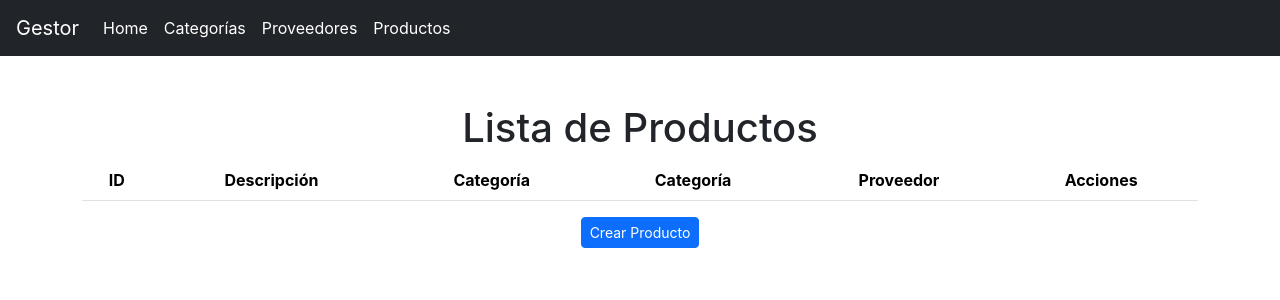
Repository: SantiagoGuaman/gestor-app
Page: /products
An editor plug-in stored every save of this project. The page is shown before and after the next save, followed by the edit.
The browser window is 1280 px wide. The pictures show the whole page.
The page's requests for data from a server got no answer. The project was rebuilt for these pictures with package versions that can differ from the ones it lists, and the page was loaded fresh each time. No one was signed in, and anything a server would have sent is missing. Also part of the build but not shown: src/App.css, src/Categories/GetDataCategories.js, src/Proveedores/GetDataProviders.js, src/HomePage/HomePage.js.

Above is the page before, as saved 2024-02-15 11:24:39.

### public/index.html
<!DOCTYPE html>
<html lang="en">
  <head>
    <meta charset="utf-8" />
    <link rel="icon" href="%PUBLIC_URL%/favicon.ico" />
    <meta name="viewport" content="width=device-width, initial-scale=1" />
    <meta name="theme-color" content="#000000" />
    <meta
      name="description"
      content="Web site created using create-react-app"
    />
    <link rel="apple-touch-icon" href="%PUBLIC_URL%/logo192.png" />
    <!--
      manifest.json provides metadata used when your web app is installed on a
      user's mobile device or desktop. See https://developers.google.com/web/fundamentals/web-app-manifest/
    -->
    <link href="https://cdn.jsdelivr.net/npm/bootstrap@5.3.2/dist/css/bootstrap.min.css" rel="stylesheet" integrity="sha384-T3c6CoIi6uLrA9TneNEoa7RxnatzjcDSCmG1MXxSR1GAsXEV/Dwwykc2MPK8M2HN" crossorigin="anonymous">
    <link rel="manifest" href="%PUBLIC_URL%/manifest.json" />
    <!--
      Notice the use of %PUBLIC_URL% in the tags above.
      It will be replaced with the URL of the `public` folder during the build.
      Only files inside the `public` folder can be referenced from the HTML.

      Unlike "/favicon.ico" or "favicon.ico", "%PUBLIC_URL%/favicon.ico" will
      work correctly both with client-side routing and a non-root public URL.
      Learn how to configure a non-root public URL by running `npm run build`.
    -->
    <title>Gestor APP</title>
  </head>
  <body>
    <noscript>You need to enable JavaScript to run this app.</noscript>
    <div id="root"></div>
    <!--
      This HTML file is a template.
      If you open it directly in the browser, you will see an empty page.

      You can add webfonts, meta tags, or analytics to this file.
      The build step will place the bundled scripts into the <body> tag.

      To begin the development, run `npm start` or `yarn start`.
      To create a production bundle, use `npm run build` or `yarn build`.
    -->
  </body>
  <script src="https://cdn.jsdelivr.net/npm/bootstrap@5.3.2/dist/js/bootstrap.bundle.min.js" integrity="sha384-C6RzsynM9kWDrMNeT87bh95OGNyZPhcTNXj1NW7RuBCsyN/o0jlpcV8Qyq46cDfL" crossorigin="anonymous"></script>
</html>

### src/App.js
import { BrowserRouter, Route, Routes } from 'react-router-dom';
import './App.css';
import GetDataCategories from './Categories/GetDataCategories';
import NavBar from './NavBar/NavBar';
import GetDataProviders from './Proveedores/GetDataProviders';
import HomePage from './HomePage/HomePage';
import GetDataProducts from './Productos/GetDataProducts';

function App() {
  return (
    <BrowserRouter>
      <NavBar />
      <Routes>
        <Route exact path='/' element={<HomePage />} />
        <Route exact path='/categories' element={<GetDataCategories />} />
        <Route exact path='/providers' element={<GetDataProviders />} />
        <Route exact path='/products' element={<GetDataProducts />} />
      </Routes>
    </BrowserRouter>
  );
}

export default App;

### src/NavBar/NavBar.js
import React from 'react'
import { Link } from 'react-router-dom'
import './NavBar.css';

function NavBar() {
    return (
        <nav className="navbar navbar-expand-lg navbar-light bg-dark lg">
            <Link className="navbar-brand ms-3" to="/">Gestor</Link>
            <button className="navbar-toggler" type="button" data-toggle="collapse" data-target="#navbarNav" aria-controls="navbarNav" aria-expanded="false" aria-label="Toggle navigation">
                <span className="navbar-toggler-icon"></span>
            </button>
            <div className="collapse navbar-collapse" id="navbarNav">
                <ul className="navbar-nav" >
                    <li className="nav-item active">
                        <Link className="nav-link" to="/">Home</Link>
                    </li>
                    <li className="nav-item">
                        <Link className="nav-link" to="/categories">Categorías</Link>
                    </li>
                    <li className="nav-item">
                        <Link className="nav-link" to="/providers">Proveedores</Link>
                    </li>
                    <li className="nav-item">
                        <Link className="nav-link" to="/products">Productos</Link>
                    </li>
                </ul>
            </div>
        </nav>
    )
}

export default NavBar

### src/Productos/GetDataProducts.js
import React, { useEffect, useState } from 'react'

function GetDataProducts() {
    const endPoint = 'http://localhost:8080/api/productos';

    const [productos, setProductos] = useState([]);
    const [newProducto, setNewProducto] = useState({
        descripcion: '',
        categoria: '',
        proveedor: ''
    });

    const [editProducto, setEditProducto] = useState({
        descripcion: '',
        categoria: '',
        proveedor: ''
    });

    const [isCreateModalOpen, setCreateModalOpen] = useState(false);

    const fetchData = async () => {
        try {
            const response = await fetch(endPoint);
            if (response.ok) {
                const data = await response.json();
                setProductos(data);
            }
        } catch (error) {
            console.error("Error fetching data:", error);
        }
    };

    const handleCreate = async () => {
        try {
            const response = await fetch(endPoint, {
                method: 'POST',
                headers: {
                    'Content-Type': 'application/json',
                },
                body: JSON.stringify(newProducto),
            });

            if (response.ok) {
                console.log('Producto creado exitosamente');
                fetchData();
                setNewProducto({
                    descripcion: '',
                    categoria: '',
                    proveedor: ''
                });
                setCreateModalOpen(false);
            } else {
                console.error('Error al crear el Producto');
            }
        } catch (error) {
            console.error('Error al procesar la solicitud de creación:', error);
        }
    };

    const handleEdit = (producto) => {
        setEditProducto(producto);
    };

    const handleUpdate = async () => {
        try {
            const response = await fetch(`${endPoint}/${editProducto.id_producto}`, {
                method: 'PUT',
                headers: {
                    'Content-Type': 'application/json',
                },
                body: JSON.stringify(editProducto),
            });

            if (response.ok) {
                console.log('Producto actualizado exitosamente');
                fetchData();
                setEditProducto({
                    descripcion: '',
                    categoria: '',
                    proveedor: ''
                });
            } else {
                console.error('Error al actualizar el Producto');
            }
        } catch (error) {
            console.error('Error al procesar la solicitud de actualización:', error);
        }
    };

    const handleDelete = async (id) => {
        try {
            const response = await fetch(`${endPoint}/${id}`, {
                method: 'DELETE',
            });

            if (response.ok) {
                console.log('Producto eliminado exitosamente');
                fetchData();
            } else {
                console.error('Error al eliminar el Producto');
            }
        } catch (error) {
            console.error('Error al procesar la solicitud de eliminación:', error);
        }
    }

    useEffect(() => {
        fetchData();
    }, []);

    return (
        <div className='container text-center mt-5'>
            <h1>Lista de Productos</h1>
            <table className="table table-hover">
                <thead>
                    <tr>
                        <th>ID</th>
                        <th>Descripción</th>
                        <th>Categoría</th>
                        <th>Categoría</th>
                        <th>Proveedor</th>
                        <th>Acciones</th>
                    </tr>
                </thead>
                <tbody>
                    {productos.map((producto) => (
                        <tr key={producto.id_producto}>
                            <td>{producto.id_producto}</td>
                            <td>{producto.descripcion}</td>
                            <td>{producto.precio}</td>
                            <td>{producto.categoria.descripcion}</td>
                            <td>{producto.proveedor.nombre}</td>
                            <td>
                                <button className='btn btn-secondary btn-sm me-2' onClick={() => handleEdit(producto)}>Editar</button>
                                <button className='btn btn-danger btn-sm' onClick={() => handleDelete(producto.id_producto)}>Eliminar</button>
                            </td>
                        </tr>
                    ))}
                </tbody>
            </table>
            <button className='btn btn-primary btn-sm' onClick={() => setCreateModalOpen(true)}>Crear Producto</button>
            {isCreateModalOpen && (
                <div className="modal" tabIndex="-1" role="dialog" style={{ display: 'block' }}>
                    <div className="modal-dialog" role="document">
                        <div className="modal-content">
                            <div className="modal-header">
                                <h5 className="modal-title">Crear Nuevo Producto</h5>
                                <button type="button" className="close" data-dismiss="modal" aria-label="Close" onClick={() => setCreateModalOpen(false)}>
                                    <span aria-hidden="true">&times;</span>
                                </button>
                            </div>

                            <div className="modal-body" style={{ display: 'flex', flexDirection: 'column' }}>
                                <input className='form-control mt-3'
                                    type="text"
                                    placeholder="Descripción"
                                    value={newProducto.descripcion}
                                    onChange={(e) => setNewProducto({ ...newProducto, descripcion: e.target.value })}
                                />
                                <input className='form-control mt-3'
                                    type="text"
                                    placeholder="Categoría"
                                    value={newProducto.categoria}
                                    onChange={(e) => setNewProducto({ ...newProducto, categoria: e.target.value })}
                                />
                                <input className='form-control mt-3'
                                    type="text"
                                    placeholder="Proveedor"
                                    value={newProducto.proveedor}
                                    onChange={(e) => setNewProducto({ ...newProducto, proveedor: e.target.value })}
                                />
                            </div>
                            <div className="modal-footer mt-3">
                                <button type="button" className="btn btn-primary" onClick={handleCreate}>Crear</button>
                                <button type="button" className="btn btn-secondary" onClick={() => setCreateModalOpen(false)}>Cancelar</button>
                            </div>
                        </div>
                    </div>
                </div>

            )}

            {editProducto.id_producto && (
                <div>
                    <h2>Editar Producto</h2>
                    <input
                        type="text"
                        value={editProducto.descripcion}
                        onChange={(e) => setEditProducto({ ...editProducto, descripcion: e.target.value })}
                    />
                    <input
                        type="text"
                        value={editProducto.categoria}
                        onChange={(e) => setEditProducto({ ...editProducto, categoria: e.target.value })}
                    />
                    <input
                        type="text"
                        value={editProducto.proveedor}
                        onChange={(e) => setEditProducto({ ...editProducto, proveedor: e.target.value })}
                    />
                    <button className='btn btn-success' onClick={handleUpdate}>Guardar</button>
                </div>
            )}
        </div>
    );
}

export default GetDataProducts

### src/NavBar/NavBar.css
.nav-link {
    color: #FFFFFF;
}

.nav-link:hover {
    color: #eae9e98c;
}

.navbar-brand {
    color: #FFFFFF;
}

Loaded but not shown: src/index.js (common file); src/index.css (common file); src/reportWebVitals.js (common file)

After the next save:
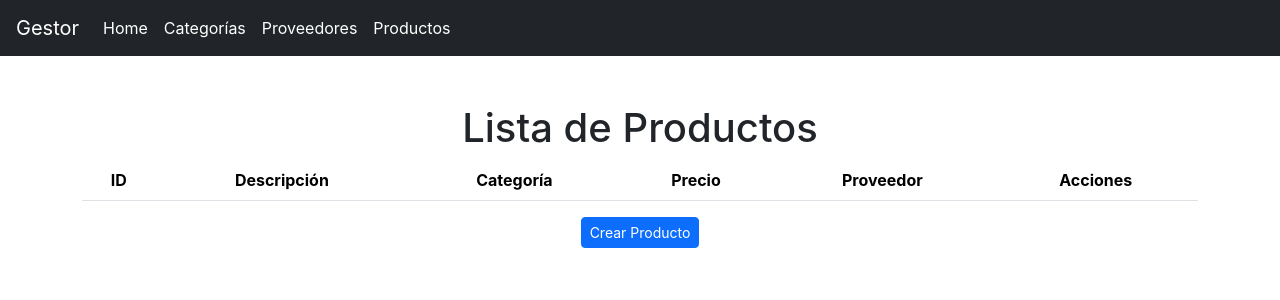
Saved 4 s later.
--- a/src/Productos/GetDataProducts.js
+++ b/src/Productos/GetDataProducts.js
@@ -117,7 +117,7 @@
                         <th>ID</th>
                         <th>Descripción</th>
                         <th>Categoría</th>
-                        <th>Categoría</th>
+                        <th>Precio</th>
                         <th>Proveedor</th>
                         <th>Acciones</th>
                     </tr>

After the save that followed:
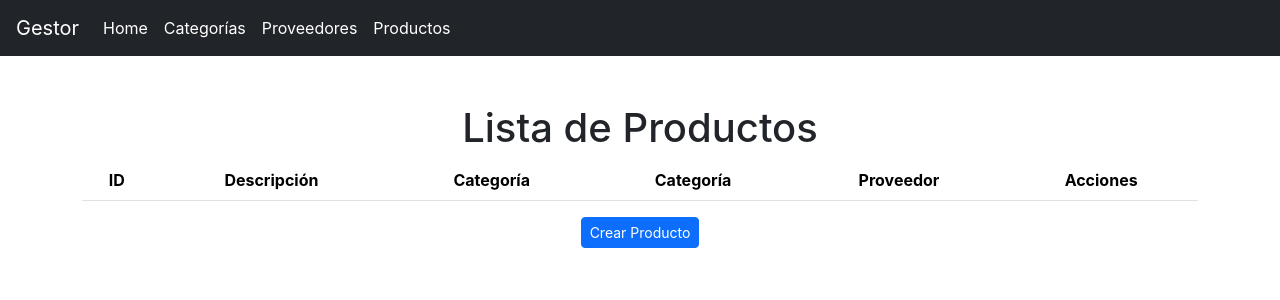
Saved 6 s later.
--- a/src/Productos/GetDataProducts.js
+++ b/src/Productos/GetDataProducts.js
@@ -117,7 +117,7 @@
                         <th>ID</th>
                         <th>Descripción</th>
                         <th>Categoría</th>
-                        <th>Precio</th>
+                        <th>Categoría</th>
                         <th>Proveedor</th>
                         <th>Acciones</th>
                     </tr>
